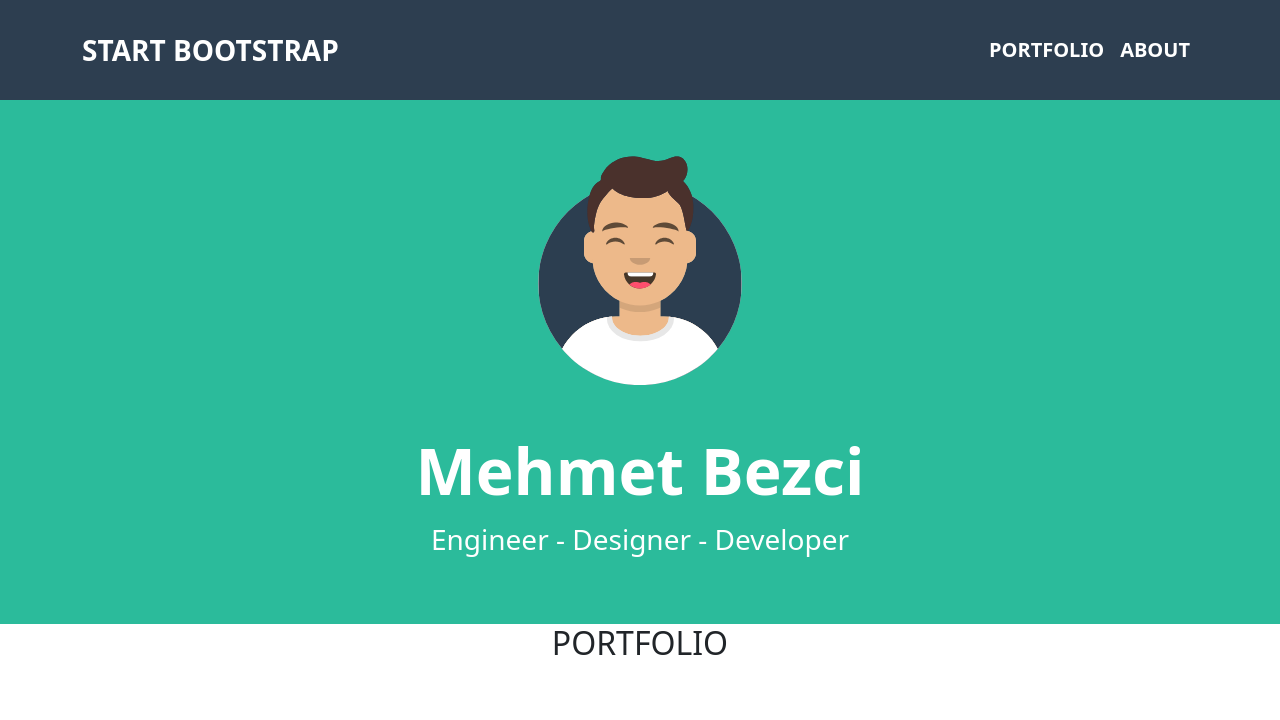
Repository: 7JaxeN7/WT-1255P-Mehmet_BEZC-
Page: index.html
The author's editor kept a copy of each file at every save. The page is drawn from the files as they stood at one save, then again after the next save.
The browser window is 1280 px wide. The pictures show the whole page.

Above is the page before, as saved 2025-01-06 21:18:28.

After the next save:
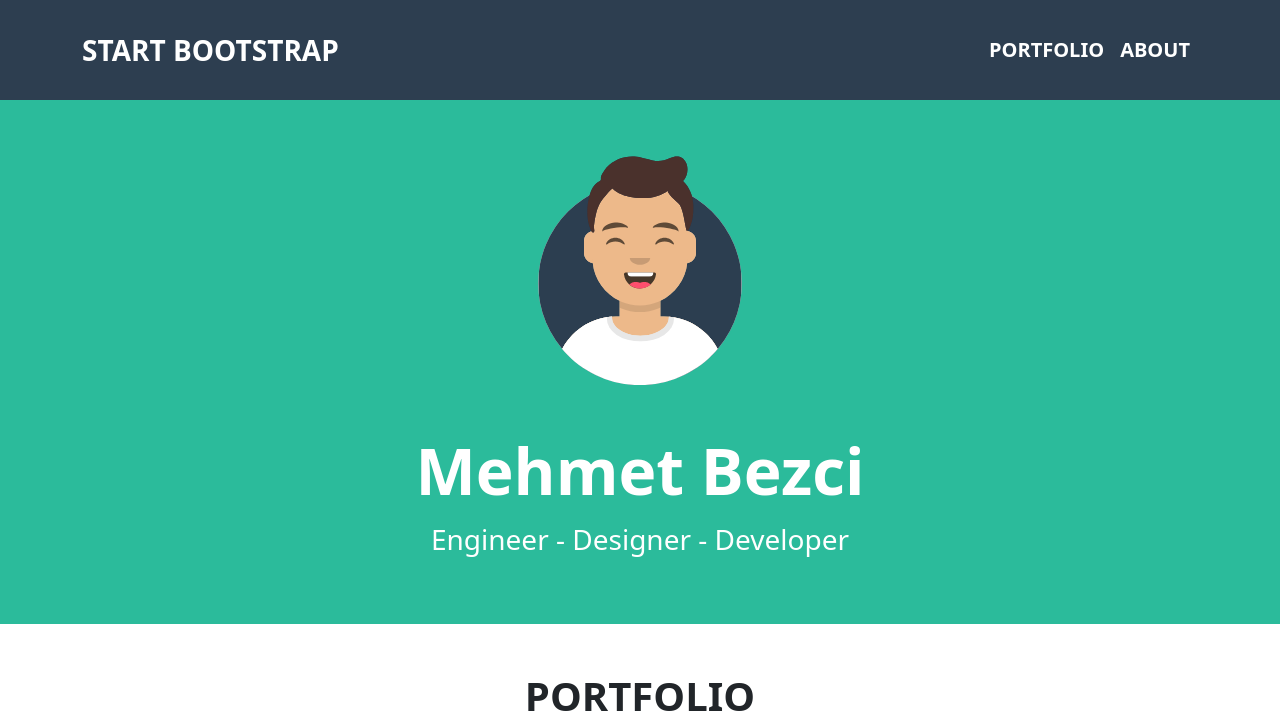
Saved 62 s later.
--- a/index.html
+++ b/index.html
@@ -43,7 +43,7 @@
    </div>
    <!-- Portfolio -->
     <div class="portfolio-section">
-      <h2 class="text-center">PORTFOLIO</h2>
+      <h2 class="text-center mt-5 fs-1 fw-semibold">PORTFOLIO</h2>
     </div>
   <!-- Burası bootstrap script kısmı -->
   <script src="https://cdn.jsdelivr.net/npm/bootstrap@5.3.3/dist/js/bootstrap.bundle.min.js"
